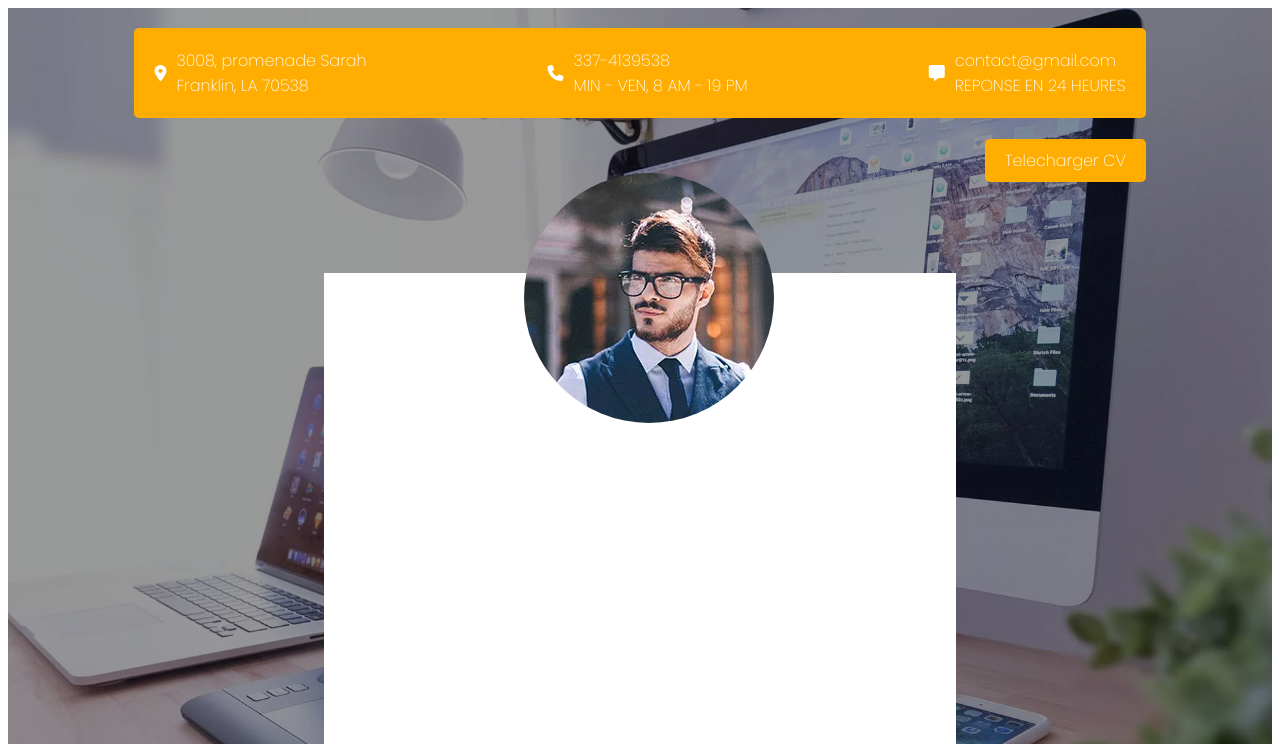
Repository: wadelfadill/CV_PORTFOLIO
Page: index.html
The author's editor kept a copy of each file at every save. The page is drawn from the files as they stood at one save, then again after the next save.
The browser window is 1280 px wide. The pictures show the whole page.
Some icons come from a web library that is not loaded, so they are not drawn. Backgrounds fixed to the window are drawn as part of the page.

Above is the page before, as saved 2023-03-13 21:05:30.

After the next save:
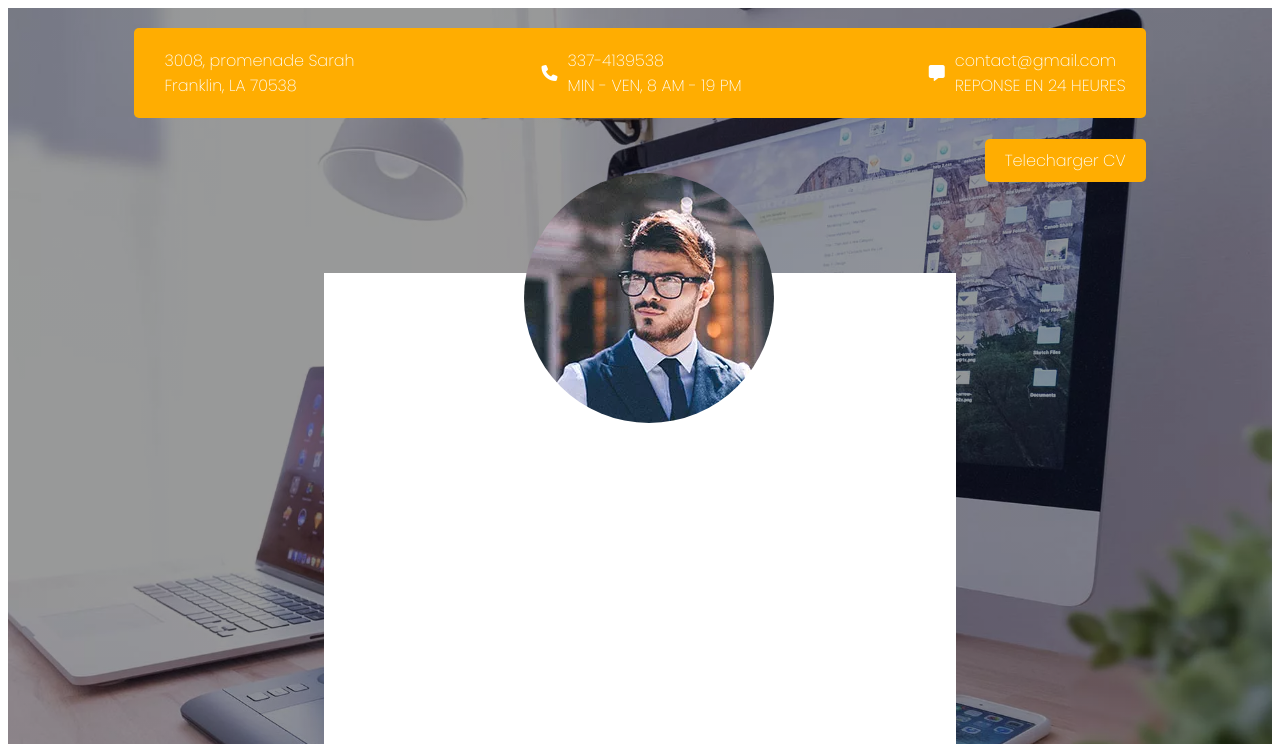
Saved 11 min 42 s later.
--- a/index.html
+++ b/index.html
@@ -23,7 +23,7 @@
         <div class="head">
             <div class="address">
                 <div class="add-1">
-                    <div class="add-icone"><i class="fa-sharp fa-solid fa-location-dot"></i></div>
+                    <div class="add-icone"><i class="fi fi-location"></i></div>
                     <div class="add-text">3008, promenade Sarah <br> Franklin, LA 70538</div>
                 </div>
                 <div class="add-1">
